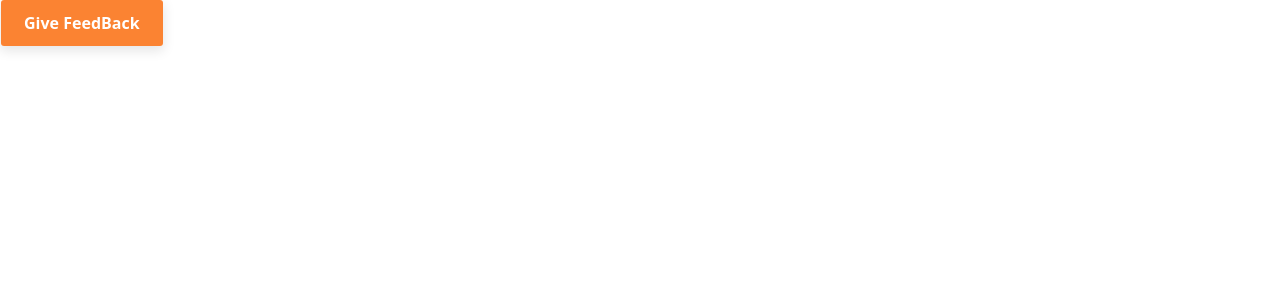
Repository: rajratangm/raj_qtify
Page: / (app in raj_qtify/)
An editor plug-in stored every save of this project. The page is shown before and after the next save, followed by the edit.
The browser window is 1280 px wide. The pictures show the whole page.
The pointer rests on the first visible `.button-5`.
The project was rebuilt for these pictures with package versions that can differ from the ones it lists, and the page was loaded fresh each time.

Above is the page before, as saved 2024-03-19 13:06:55.

After the next save:
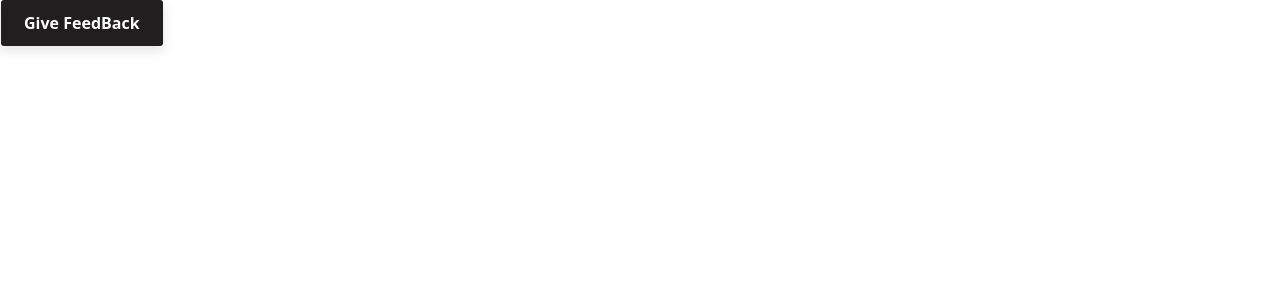
Saved 36 s later.
--- a/raj_qtify/src/button.css
+++ b/raj_qtify/src/button.css
@@ -40,7 +40,7 @@
 
 .button-5:hover,
 .button-5:focus {
-  background-color: #fb8332;
+  background-color: #201e1e;
   box-shadow: rgba(0, 0, 0, 0.1) 0 4px 12px;
 }
 
